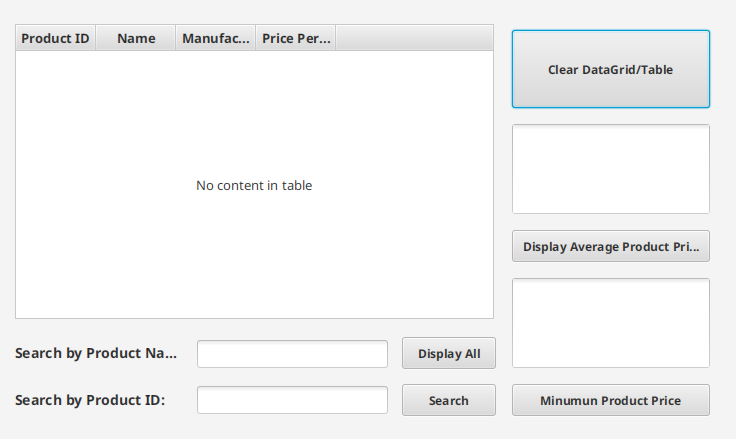
Repository: Kevinrivas96/Java-FinalExam-W24
Program's window: java kevinrivas_COMP1011_003/src/kevinrivas_ex01/displayResults.java
The author's editor kept a copy of each file at every save. The program's window is drawn from the files as they stood at one save, then again after the next save.
It runs on Java 21 on a 1366 x 768 screen with JavaFX 11; the title bar is not drawn.

Above is the program's window before, as saved 2024-04-16 23:20:44.

### kevinrivas_COMP1011_003/src/kevinrivas_ex01/displayResults.java
package kevinrivas_ex01;

import javafx.application.Application;
import javafx.fxml.FXMLLoader;
import javafx.stage.Stage;
import javafx.scene.Parent;
import javafx.scene.Scene;

public class displayResults extends Application {
	   @Override
	   public void start(Stage stage) throws Exception {
	      Parent root =
	         FXMLLoader.load(getClass().getResource("products.fxml"));

	      Scene scene = new Scene(root);
	      stage.setTitle("Products");
	      stage.setScene(scene);
	      stage.show();
	   }

	   public static void main(String[] args) {
	      launch(args);
	   }
	}

### kevinrivas_COMP1011_003/src/kevinrivas_ex01/ProductController.java
package kevinrivas_ex01;

import java.net.URL;
import java.sql.Connection;
import java.sql.DriverManager;
import java.sql.PreparedStatement;
import java.sql.ResultSet;
import java.sql.SQLException;
import java.util.ResourceBundle;

import javafx.event.ActionEvent;
import javafx.fxml.FXML;
import javafx.fxml.Initializable;
import javafx.scene.control.Alert;
import javafx.scene.control.Button;
import javafx.scene.control.TableColumn;
import javafx.scene.control.TableView;
import javafx.scene.control.TextArea;
import javafx.scene.control.TextField;
import javafx.scene.control.cell.PropertyValueFactory;



public class ProductController implements Initializable {

    @FXML
    private TableView<Product> resultsOutput;

    @FXML
    private Button clearBtn;

    @FXML
    private Button searchBtn;

    @FXML
    private TextField productName;

    @FXML
    private TextField productID;

    @FXML
    private TextArea avgOutput;

    @FXML
    private Button displayAvgBtn;

    @FXML
    private TextArea minProdOutput;

    @FXML
    private Button MinProductBtn;


    private Connection connection;
    private PreparedStatement selectAllStatement;
    private PreparedStatement searchStatement;

    @Override
    public void initialize(URL url, ResourceBundle rb) {
        try {
            connection = DriverManager.getConnection("jdbc:mysql://localhost:3306/productsdb", "root", "Welcome1");

            selectAllStatement = connection.prepareStatement("SELECT * FROM products");

            // Configure the columns in the TableView to match your database columns
            TableColumn<Product, Integer> productIDCol = new TableColumn<>("Product ID");
            productIDCol.setCellValueFactory(new PropertyValueFactory<>("productID"));

            TableColumn<Product, String> nameCol = new TableColumn<>("Name");
            nameCol.setCellValueFactory(new PropertyValueFactory<>("name"));

            TableColumn<Product, String> manufacturerNameCol = new TableColumn<>("Manufacturer Name");
            manufacturerNameCol.setCellValueFactory(new PropertyValueFactory<>("manufacturerName"));

            TableColumn<Product, Double> pricePerUnitCol = new TableColumn<>("Price Per Unit");
            pricePerUnitCol.setCellValueFactory(new PropertyValueFactory<>("pricePerUnit"));

            resultsOutput.getColumns().addAll(productIDCol, nameCol, manufacturerNameCol, pricePerUnitCol);

            clearBtn.setOnAction(this::clearAll);
            searchBtn.setOnAction(this::searchProduct);

        } catch (SQLException e) {
            e.printStackTrace();
        }
    }

    @FXML
    private void displayAll(ActionEvent event) {
        try {
            resultsOutput.getItems().clear();
            ResultSet resultSet = selectAllStatement.executeQuery();
            while (resultSet.next()) {
                int productID = resultSet.getInt("ProductID");
                String name = resultSet.getString("Name");
                String manufacturerName = resultSet.getString("ManufacturerName");
                double pricePerUnit = resultSet.getDouble("PricePerUnit");
                resultsOutput.getItems().add(new Product(productID, name, manufacturerName, pricePerUnit));
            }
        } catch (SQLException e) {
            e.printStackTrace();
        }
    }

    @FXML
    private void clearAll(ActionEvent event) {
        resultsOutput.getItems().clear();
        avgOutput.clear();
        minProdOutput.clear();
    }

    @FXML
    private void searchProduct(ActionEvent event) {
        try {
            String searchName = productName.getText().trim();
            String searchID = productID.getText().trim();
            String query = "SELECT * FROM products WHERE Name = ? OR ProductID = ?";
            PreparedStatement searchStatement = connection.prepareStatement(query);
            searchStatement.setString(1, searchName);
            searchStatement.setString(2, searchID);
            ResultSet resultSet = searchStatement.executeQuery();
            resultsOutput.getItems().clear();
            boolean found = false;
            while (resultSet.next()) {
                int productID = resultSet.getInt("ProductID");
                String name = resultSet.getString("Name");
                String manufacturerName = resultSet.getString("ManufacturerName");
                double pricePerUnit = resultSet.getDouble("PricePerUnit");
                resultsOutput.getItems().add(new Product(productID, name, manufacturerName, pricePerUnit));
                found = true;
            }
            searchStatement.close();
            if (!found) {
                // Display an error message here
                Alert alert = new Alert(Alert.AlertType.ERROR);
                alert.setTitle("Search Result");
                alert.setHeaderText(null);
                alert.setContentText("No results found.");
                alert.showAndWait();
            }
        } catch (SQLException e) {
            e.printStackTrace();
        }
    }

    @FXML
    private void displayAveragePrice(ActionEvent event) {
        try {
            String query = "SELECT AVG(PricePerUnit) FROM products";
            PreparedStatement avgStatement = connection.prepareStatement(query);
            ResultSet resultSet = avgStatement.executeQuery();
            if (resultSet.next()) {
                double avgPrice = resultSet.getDouble(1);
                avgOutput.setText(String.valueOf(avgPrice));
            }
            avgStatement.close();
        } catch (SQLException e) {
            e.printStackTrace();
        }
    }

    @FXML
    private void displayMinProduct(ActionEvent event) {
        try {
            String query = "SELECT MIN(PricePerUnit) FROM products";
            PreparedStatement minStatement = connection.prepareStatement(query);
            ResultSet resultSet = minStatement.executeQuery();
            if (resultSet.next()) {
                double minPrice = resultSet.getDouble(1);
                minProdOutput.setText(String.valueOf(minPrice));
            }
            minStatement.close();
        } catch (SQLException e) {
            e.printStackTrace();
        }
    }


    // Don't forget to close the connection when done
    public void close() {
        try {
            if (selectAllStatement != null) {
                selectAllStatement.close();
            }
            if (searchStatement != null) {
                searchStatement.close();
            }
            if (connection != null) {
                connection.close();
            }
        } catch (SQLException e) {
            e.printStackTrace();
        }
    }
}

### kevinrivas_COMP1011_003/src/kevinrivas_ex01/products.fxml
<?xml version="1.0" encoding="UTF-8"?>

<?import javafx.scene.control.Button?>
<?import javafx.scene.control.Label?>
<?import javafx.scene.control.TableView?>
<?import javafx.scene.control.TextArea?>
<?import javafx.scene.control.TextField?>
<?import javafx.scene.layout.AnchorPane?>
<?import javafx.scene.text.Font?>

<AnchorPane maxHeight="-Infinity" maxWidth="-Infinity" minHeight="-Infinity" minWidth="-Infinity" prefHeight="439.0" prefWidth="736.0" xmlns="http://javafx.com/javafx/21" xmlns:fx="http://javafx.com/fxml/1" fx:controller="kevinrivas_ex01.ProductController">
   <children>
      <Button fx:id="clearBtn" layoutX="512.0" layoutY="30.0" mnemonicParsing="false" prefHeight="78.0" prefWidth="198.0" text="Clear DataGrid/Table">
         <font>
            <Font name="System Bold" size="12.0" />
         </font>
      </Button>
      <TextArea fx:id="avgOutput" layoutX="512.0" layoutY="124.0" prefHeight="90.0" prefWidth="198.0" />
      <Button fx:id="displayAvgBtn" layoutX="512.0" layoutY="230.0" mnemonicParsing="false" onAction="#displayAveragePrice" prefHeight="32.0" prefWidth="198.0" text="Display Average Product Price ">
         <font>
            <Font name="System Bold" size="12.0" />
         </font>
      </Button>
      <TextArea fx:id="minProdOutput" layoutX="512.0" layoutY="278.0" prefHeight="90.0" prefWidth="198.0" />
      <Button fx:id="MinProductBtn" layoutX="512.0" layoutY="384.0" mnemonicParsing="false" onAction="#displayMinProduct" prefHeight="32.0" prefWidth="198.0" text="Minumun Product Price">
         <font>
            <Font name="System Bold" size="12.0" />
         </font>
      </Button>
      <Label layoutX="15.0" layoutY="343.0" prefHeight="20.0" prefWidth="171.0" text="Search by Product Name: ">
         <font>
            <Font name="System Bold" size="14.0" />
         </font>
      </Label>
      <Label layoutX="15.0" layoutY="390.0" prefHeight="20.0" prefWidth="171.0" text="Search by Product ID: ">
         <font>
            <Font name="System Bold" size="14.0" />
         </font>
      </Label>
      <Button fx:id="displayAllBtn" layoutX="402.0" layoutY="337.0" mnemonicParsing="false" onAction="#displayAll" prefHeight="32.0" prefWidth="94.0" text="Display All">
         <font>
            <Font name="System Bold" size="12.0" />
         </font>
      </Button>
      <Button fx:id="searchBtn" layoutX="402.0" layoutY="384.0" mnemonicParsing="false" prefHeight="32.0" prefWidth="94.0" text="Search">
         <font>
            <Font name="System Bold" size="12.0" />
         </font>
      </Button>
      <TextField fx:id="productName" layoutX="197.0" layoutY="340.0" prefHeight="26.0" prefWidth="191.0" />
      <TextField fx:id="productID" layoutX="197.0" layoutY="386.0" prefHeight="26.0" prefWidth="191.0" />
      <TableView fx:id="resultsOutput" layoutX="15.0" layoutY="24.0" prefHeight="295.0" prefWidth="479.0" />
   </children>
</AnchorPane>

After the next save:
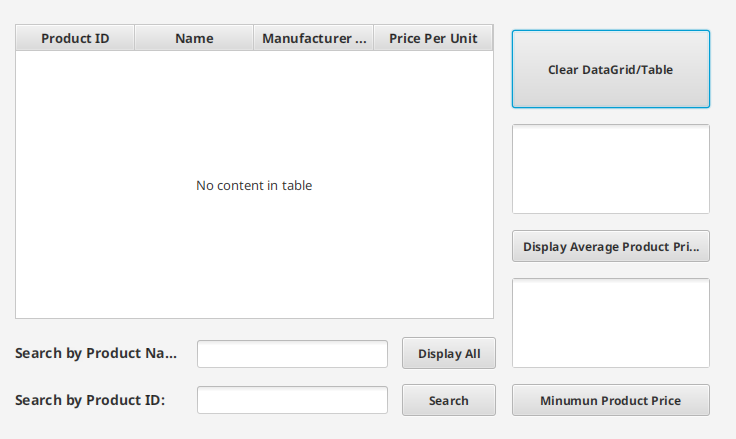
Saved 7 min 0 s later.
--- a/kevinrivas_COMP1011_003/src/kevinrivas_ex01/ProductController.java
+++ b/kevinrivas_COMP1011_003/src/kevinrivas_ex01/ProductController.java
@@ -62,7 +62,8 @@
 
             selectAllStatement = connection.prepareStatement("SELECT * FROM products");
 
-            // Configure the columns in the TableView to match your database columns
+            resultsOutput.setColumnResizePolicy(TableView.CONSTRAINED_RESIZE_POLICY);
+
             TableColumn<Product, Integer> productIDCol = new TableColumn<>("Product ID");
             productIDCol.setCellValueFactory(new PropertyValueFactory<>("productID"));
 

After the save that followed:
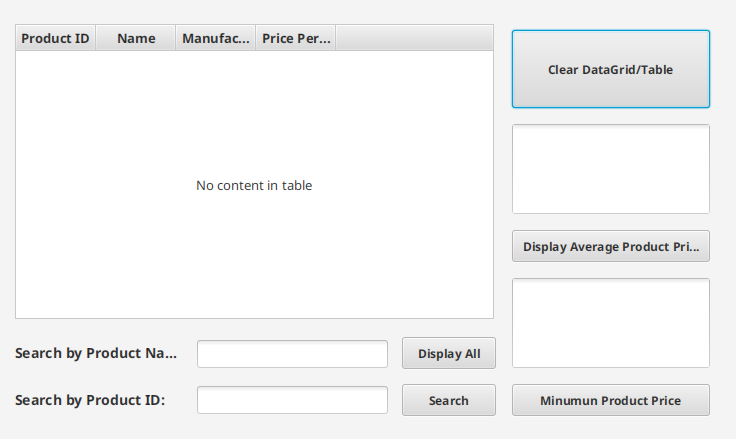
Saved 37 s later.
--- a/kevinrivas_COMP1011_003/src/kevinrivas_ex01/ProductController.java
+++ b/kevinrivas_COMP1011_003/src/kevinrivas_ex01/ProductController.java
@@ -62,7 +62,7 @@
 
             selectAllStatement = connection.prepareStatement("SELECT * FROM products");
 
-            resultsOutput.setColumnResizePolicy(TableView.CONSTRAINED_RESIZE_POLICY);
+            resultsOutput.setColumnResizePolicy(TableView.UNCONSTRAINED_RESIZE_POLICY);
 
             TableColumn<Product, Integer> productIDCol = new TableColumn<>("Product ID");
             productIDCol.setCellValueFactory(new PropertyValueFactory<>("productID"));
